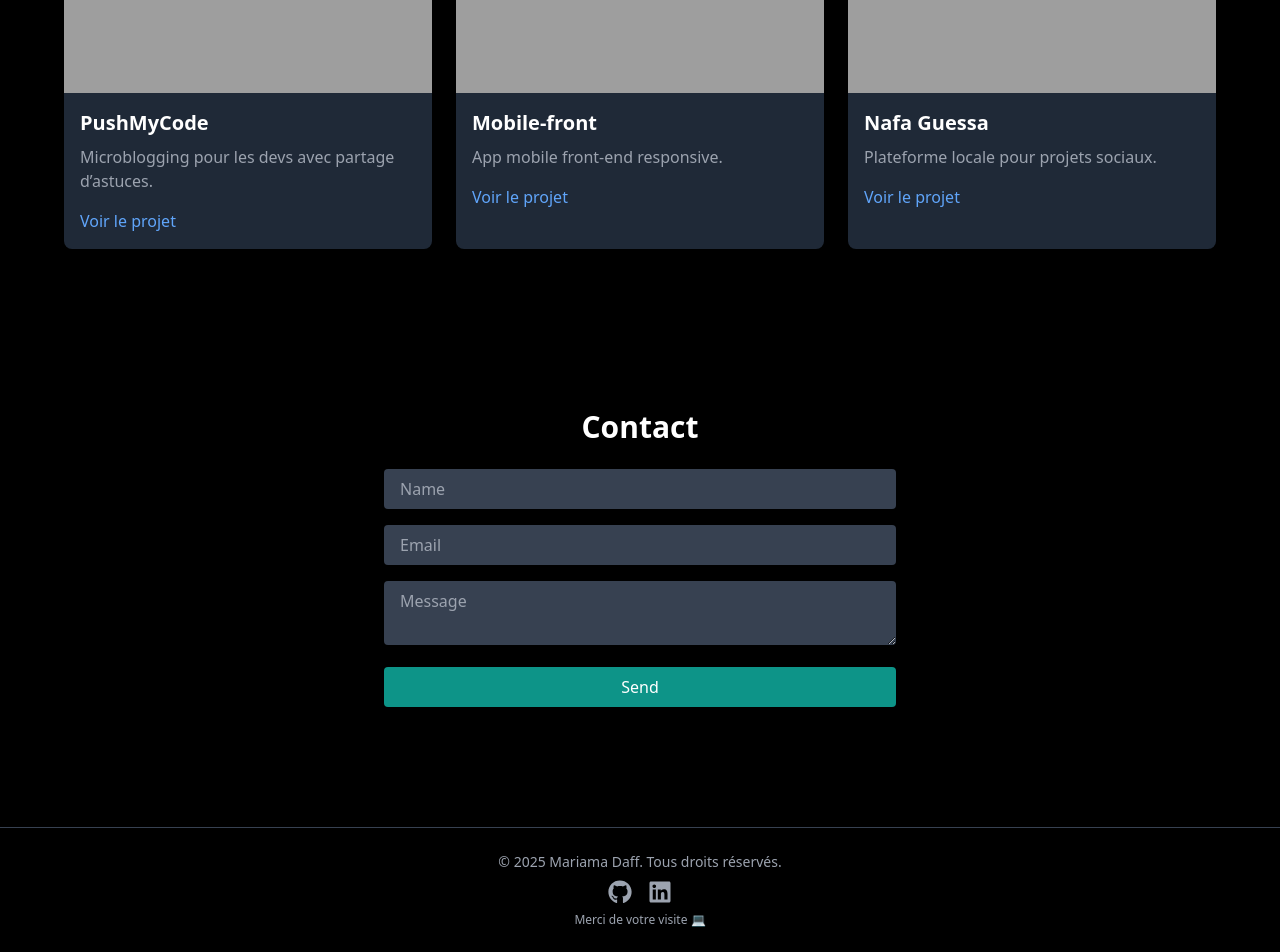
Repository: mariamdaff/Projets_Perso
Page: / (app in mon_portfolio/)
The author's editor kept a copy of each file at every save. The page is drawn from the files as they stood at one save, then again after the next save.
The browser window is 1280 px wide. The pictures show the part of the page from y = 1367 to 2319 px (the page is 2319 px tall before and 2275 px after).
Pictures or frames that could not be fetched are drawn as grey boxes. The project was rebuilt for these pictures with package versions that can differ from the ones it lists, and the page was loaded fresh each time. Also part of the build but not shown: mon_portfolio/vite.config.js.

Above is the page before, as saved 2025-04-20 19:13:13.

After the next save:
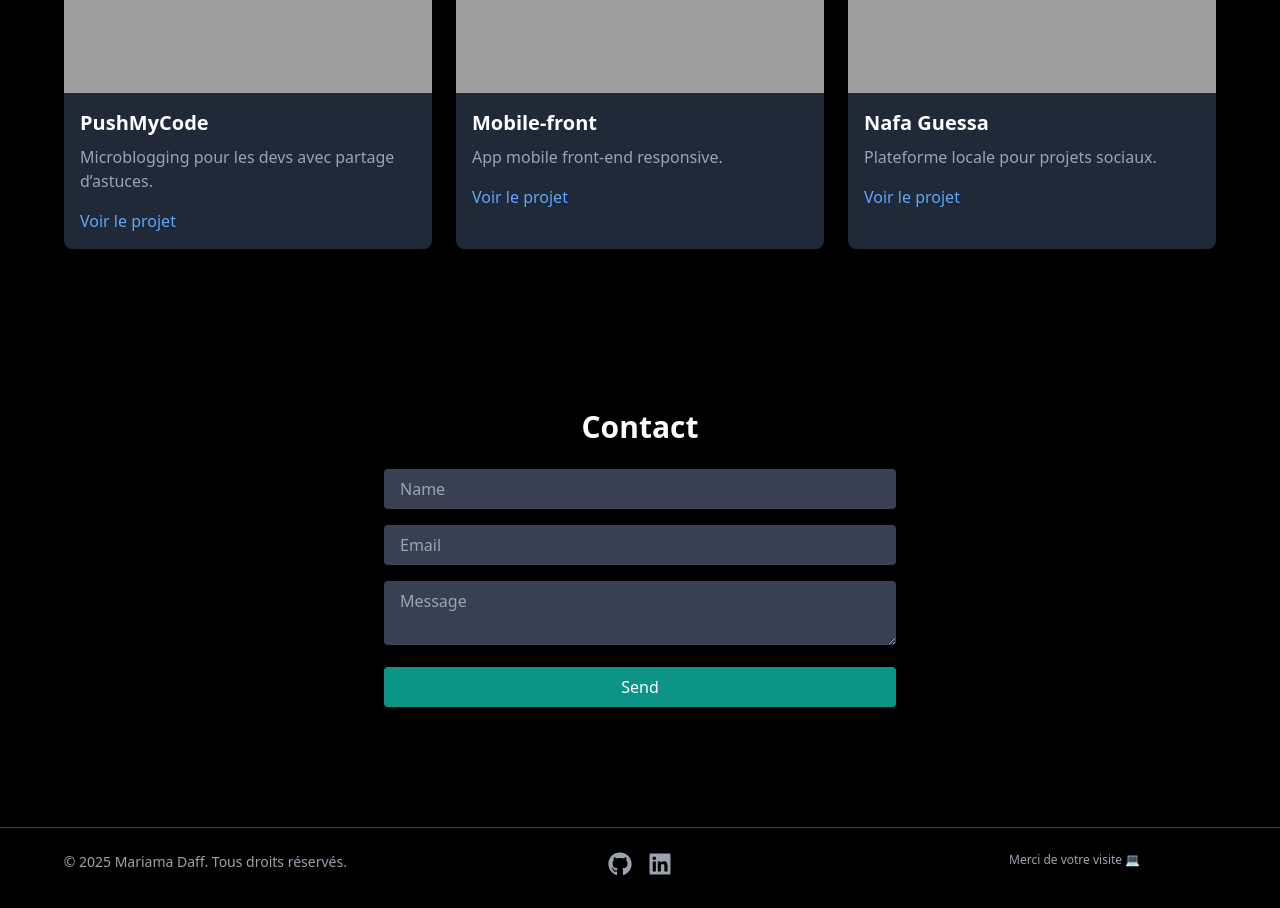
Saved 42 h 18 min later.
--- a/mon_portfolio/src/components/footer/Footer.jsx
+++ b/mon_portfolio/src/components/footer/Footer.jsx
@@ -3,7 +3,7 @@
 
 const Footer = () => {
   return (
-    <footer className="bg-black text-gray-400 text-center py-6 mt-12 border-t border-gray-700">
+    <footer className="bg-black text-gray-400 text-center py-6 mt-12 border-t border-gray-700 grid grid-cols-1 sm:grid-cols-2 lg:grid-cols-3 gap-6">
       <p className="text-sm mb-2">© 2025 Mariama Daff. Tous droits réservés.</p>
 
       <div className="flex justify-center space-x-4 text-2xl mb-2">
